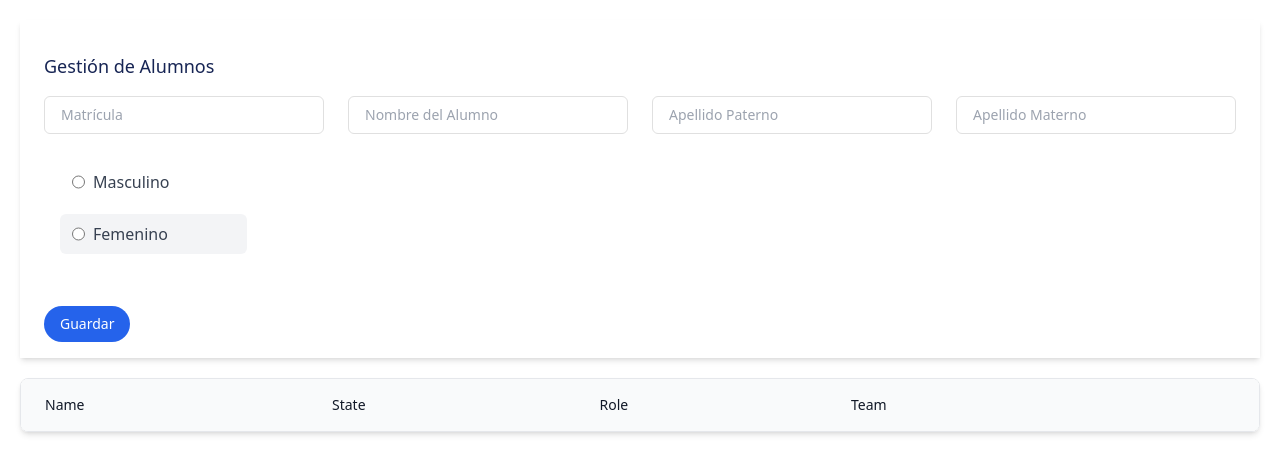
Repository: AlanColliDev/tech-front
Page: /
These files come from the project's save history. The page is drawn as it stood at one moment and after the next save; the edit follows.
The browser window is 1280 px wide. The pictures show the whole page.
The page's requests for data from a server got no answer. The project was rebuilt for these pictures with package versions that can differ from the ones it lists, and the page was loaded fresh each time. No one was signed in, and anything a server would have sent is missing. Also part of the build but not shown: vite.config.js.

Above is the page before, as saved 2023-04-19 13:27:19.

### src/main.jsx
import React from 'react'
import ReactDOM from 'react-dom/client'
import App from './App'
import './assets/Index.css'
import { AlumnoContextProvider } from './context/AlumnoContextProvider'

ReactDOM.createRoot(document.getElementById('root')).render(
	// <React.StrictMode>
		<AlumnoContextProvider>
			<App />
		</AlumnoContextProvider>
	// </React.StrictMode>,
)

### src/App.jsx
import { FormAlumno } from "./FormAlumno"
import { GridAlumno } from "./GridAlumno"

export default function App () {
	return (<>

		<FormAlumno />

		<GridAlumno />
	</>)
}

### src/context/AlumnoContextProvider.jsx
import { useEffect, useReducer } from 'react';
import { AlumnoContext } from './AlumnoContext.js'
import { AlumnoReducer } from '../reducer/AlumnoReducer.js';

const initialState = [];
export const AlumnoContextProvider = ({ children }) => {

	const [alumnos, dispatch] = useReducer(AlumnoReducer, initialState);

    return (
        <>
            <AlumnoContext.Provider value={{alumnos, dispatch}}>
                { children }
            </AlumnoContext.Provider>
        </>
    )
}

### src/FormAlumno.jsx
import { useForm } from './hooks';
import { useAlumno } from './hooks/useAlumno';

export const FormAlumno = () => {

	const { HandleInputChange, formstate } = useForm({
		nombre: '',
		matricula: '',
		apellidoPaterno: '',
		apellidoMaterno: '',
		genero: ''

	});

	const {nombre,
		matricula,
		apellidoPaterno,
		apellidoMaterno,
		genero,}= formstate;

	return (
		<>
			<div className="shadow-md m-5 py-4 px-6">
				<div className="py-4">
					<h1 className="font-medium text-blue-950 text-lg">Gestión de Alumnos</h1>
				</div>
				<form className="w-full">
					<div className="flex flex-wrap -mx-3 mb-6">
						<div className="w-full md:w-1/4 px-3 mb-6 md:mb-0">
							<input type="text" className="w-full rounded-md border border-[#e0e0e0] bg-white py-2 px-4 text-sm font-medium text-[#6B7280] outline-none focus:border-[#6A64F1] focus:shadow-md" name="matricula" value={matricula} placeholder="Matrícula" onChange={(event) => HandleInputChange({event})} />
						</div>
						<div className="w-full md:w-1/4 px-3 mb-6 md:mb-0">
							<input type="text" className="w-full rounded-md border border-[#e0e0e0] bg-white py-2 px-4 text-sm font-medium text-[#6B7280] outline-none focus:border-[#6A64F1] focus:shadow-md" name="nombre" value={nombre} placeholder="Nombre del Alumno" onChange={(event) => HandleInputChange({event})} />
						</div>
						<div className="w-full md:w-1/4 px-3 mb-6 md:mb-0">
							<input type="text" className="w-full rounded-md border border-[#e0e0e0] bg-white py-2 px-4 text-sm font-medium text-[#6B7280] outline-none focus:border-[#6A64F1] focus:shadow-md" name="apellidoPaterno" value={apellidoPaterno} placeholder="Apellido Paterno" onChange={(event) => HandleInputChange({event})} />
						</div>
						<div className="w-full md:w-1/4 px-3 mb-6 md:mb-0">
							<input type="text" className="w-full rounded-md border border-[#e0e0e0] bg-white py-2 px-4 text-sm font-medium text-[#6B7280] outline-none focus:border-[#6A64F1] focus:shadow-md" name="apellidoMaterno" value={apellidoMaterno} placeholder="Apellido Materno" onChange={(event) => HandleInputChange({event})} />
						</div>
						<div className="w-full md:w-1/5 px-3 mb-6 md:mb-0">
							<div className="p-4 w-full mx-auto max-w-2xl">
								<div>
									<label className="flex text-gray-700 rounded-md px-3 py-2 my-3 hover:bg-indigo-300 cursor-pointer ">
										<input type="radio" name="genero" checked={genero === 'm'} onChange={(event) => HandleInputChange({event, customValue:'m' })} />
										<span className="px-2">Masculino</span>
									</label>

									<label className="flex bg-gray-100 text-gray-700 rounded-md px-3 py-2 my-3  hover:bg-indigo-300 cursor-pointer ">
										<input type="radio" name="genero" checked={genero === 'f'} onChange={(event) => HandleInputChange({event, customValue:'f' })} />
										<span className="px-2">Femenino</span>

									</label>
								</div>
							</div>
						</div>

					</div>
					<button className="bg-blue-600 text-sm text-white font-medium text-opacity-100 px-4 py-2 rounded-3xl">Guardar</button>
				</form>
			</div>
		</>
	)
}

### src/GridAlumno.jsx
import { useAlumno } from './hooks/useAlumno';

export const GridAlumno = () => {

	const { alumnos } = useAlumno();
	console.log(alumnos)

	return (
		<>
			<div className="overflow-hidden rounded-lg border border-gray-200 shadow-md m-5">
				<table className="w-full border-collapse bg-white text-left text-sm text-gray-500">
					<thead className="bg-gray-50">
						<tr>
							<th scope="col" className="px-6 py-4 font-medium text-gray-900">Name</th>
							<th scope="col" className="px-6 py-4 font-medium text-gray-900">State</th>
							<th scope="col" className="px-6 py-4 font-medium text-gray-900">Role</th>
							<th scope="col" className="px-6 py-4 font-medium text-gray-900">Team</th>
							<th scope="col" className="px-6 py-4 font-medium text-gray-900"></th>
						</tr>
					</thead>
					<tbody className="divide-y divide-gray-100 border-t border-gray-100">
						{alumnos?.data?.map(({ matricula, nombre, apellido_paterno, apellido_materno, genero }) => (
							<tr className="hover:bg-gray-50">
								<th className="flex gap-3 px-6 py-4 font-normal text-gray-900">
									<div className="relative h-10 w-10">
										<img
											className="h-full w-full rounded-full object-cover object-center"
											src="https://images.unsplash.com/photo-1535713875002-d1d0cf377fde?ixlib=rb-1.2.1&ixid=eyJhcHBfaWQiOjEyMDd9&auto=format&fit=facearea&facepad=2&w=256&h=256&q=80"
											alt=""
										/>
										<span className="absolute right-0 bottom-0 h-2 w-2 rounded-full bg-green-400 ring ring-white"></span>
									</div>
									<div className="text-sm">
										<div className="font-medium text-gray-700">{nombre}</div>
										<div className="text-gray-400">{`${apellido_paterno} ${apellido_materno}`}</div>
									</div>
								</th>
								<td className="px-6 py-4">
									<span
										className="inline-flex items-center gap-1 rounded-full bg-green-50 px-2 py-1 text-xs font-semibold text-green-600"
									>
										<span className="h-1.5 w-1.5 rounded-full bg-green-600"></span>
										Active
									</span>
								</td>
								<td className="px-6 py-4">Product Designer</td>
								<td className="px-6 py-4">
									<div className="flex gap-2">
										<span
											className="inline-flex items-center gap-1 rounded-full bg-blue-50 px-2 py-1 text-xs font-semibold text-blue-600"
										>
											Design
										</span>
										<span
											className="inline-flex items-center gap-1 rounded-full bg-indigo-50 px-2 py-1 text-xs font-semibold text-indigo-600"
										>
											Product
										</span>
										<span
											className="inline-flex items-center gap-1 rounded-full bg-violet-50 px-2 py-1 text-xs font-semibold text-violet-600"
										>
											Develop
										</span>
									</div>
								</td>
								<td className="px-6 py-4">
									<div className="flex justify-end gap-4">
										<a x-data="{ tooltip: 'Delete' }" href="#">
											<svg
												xmlns="http://www.w3.org/2000/svg"
												fill="none"
												viewBox="0 0 24 24"
												strokeWidth="1.5"
												stroke="currentColor"
												className="h-6 w-6"
												x-tooltip="tooltip"
											>
												<path
													strokeLinecap="round"
													strokeLinejoin="round"
													d="M14.74 9l-.346 9m-4.788 0L9.26 9m9.968-3.21c.342.052.682.107 1.022.166m-1.022-.165L18.16 19.673a2.25 2.25 0 01-2.244 2.077H8.084a2.25 2.25 0 01-2.244-2.077L4.772 5.79m14.456 0a48.108 48.108 0 00-3.478-.397m-12 .562c.34-.059.68-.114 1.022-.165m0 0a48.11 48.11 0 013.478-.397m7.5 0v-.916c0-1.18-.91-2.164-2.09-2.201a51.964 51.964 0 00-3.32 0c-1.18.037-2.09 1.022-2.09 2.201v.916m7.5 0a48.667 48.667 0 00-7.5 0"
												/>
											</svg>
										</a>
										<a x-data="{ tooltip: 'Edite' }" href="#">
											<svg
												xmlns="http://www.w3.org/2000/svg"
												fill="none"
												viewBox="0 0 24 24"
												strokeWidth="1.5"
												stroke="currentColor"
												className="h-6 w-6"
												x-tooltip="tooltip"
											>
												<path
													strokeLinecap="round"
													strokeLinejoin="round"
													d="M16.862 4.487l1.687-1.688a1.875 1.875 0 112.652 2.652L6.832 19.82a4.5 4.5 0 01-1.897 1.13l-2.685.8.8-2.685a4.5 4.5 0 011.13-1.897L16.863 4.487zm0 0L19.5 7.125"
												/>
											</svg>
										</a>
									</div>
								</td>
							</tr>
						))
						}
					</tbody>
				</table>
			</div>

		</>
	)
}

### src/context/AlumnoContext.js
import { createContext } from 'react';

export const AlumnoContext = createContext();

### src/reducer/AlumnoReducer.js

export const AlumnoReducer = (state = [], action) => {

	const { payload, type } = action
	if (type === '@get-all')
		return payload.data


	if (type === '@get-all-success')
		return {
			...state,
			isLoading: false,
			error: null,
			data: payload
		}

	if (type === '@add-new')
		return [
			...state,
			payload
		]

	if (type === '@edit-store')
	{
		const olds = state.filter(alumno => String(alumno.matricula).trim() !== String(payload.matricula).trim())
		// console.log('todos menos edit', olds)
		return [
			...olds,
			payload
		]
	}


	if (type === '@delete-store')
		return payload.data

};

export const initAlumnos = alumnos => {
	return {
		type: '@get-all',
		payload: alumnos
	}
}

### src/hooks/index.js
export * from './useForm.js'

### src/hooks/useAlumno.js
import { useContext, useEffect } from 'react';
import { initAlumnos } from '../reducer/AlumnoReducer.js';
import { AlumnoContext } from '../context/AlumnoContext.js';
import { getAllAlumno } from '../services/alumno.js';

const initialState = null;
export const useAlumno = () => {

	const {alumnos, dispatch} = useContext(AlumnoContext);

	useEffect(() => {
		getAllAlumno().then(alumnos => {
			dispatch(initAlumnos(alumnos))
		});
	}, []);

	return {
		alumnos
	}
}

### src/hooks/useForm.js
import { useEffect, useState } from "react"

export const useForm = (initialForm) => {

	const [formstate, setFormState] = useState(initialForm);

	const HandleInputChange = ({event, customValue}) => {
		if(!(event.target.value.length > 0)) return;
		const {name, value} = event.target;
		setFormState({
			...formstate,
			[name]: customValue || value
		});
	};

	return {
		formstate,
		HandleInputChange,
		setFormState
	}
}

### src/services/alumno.js

const BASE_URL = 'https://techtest-production-6c97.up.railway.app';
export const getAllAlumno = async () => {
	const response = await fetch(`${BASE_URL}/alumno`, {
		method: 'GET',
		headers: {
			Accept: 'application.json',
			'Content-Type': 'application/json'
		}
	});
	return await response.json();
}

Loaded but not shown: index.html (common file); src/assets/index.css (common file); tailwind.config.js (common file)

After the next save:
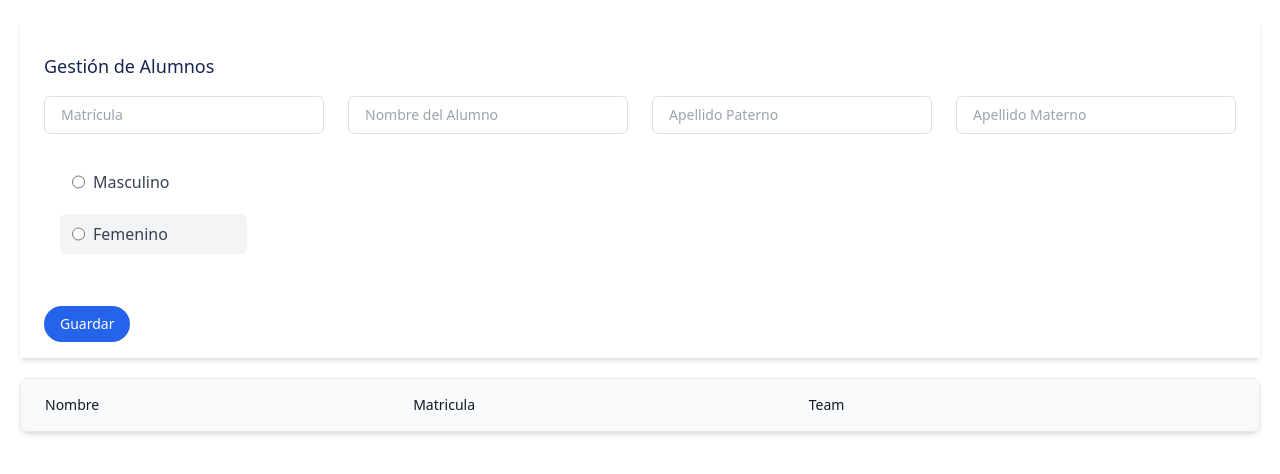
Saved 42 s later.
--- a/src/GridAlumno.jsx
+++ b/src/GridAlumno.jsx
@@ -11,9 +11,8 @@ export const GridAlumno = () => {
 				<table className="w-full border-collapse bg-white text-left text-sm text-gray-500">
 					<thead className="bg-gray-50">
 						<tr>
-							<th scope="col" className="px-6 py-4 font-medium text-gray-900">Name</th>
-							<th scope="col" className="px-6 py-4 font-medium text-gray-900">State</th>
-							<th scope="col" className="px-6 py-4 font-medium text-gray-900">Role</th>
+							<th scope="col" className="px-6 py-4 font-medium text-gray-900">Nombre</th>
+							<th scope="col" className="px-6 py-4 font-medium text-gray-900">Matricula</th>
 							<th scope="col" className="px-6 py-4 font-medium text-gray-900">Team</th>
 							<th scope="col" className="px-6 py-4 font-medium text-gray-900"></th>
 						</tr>
@@ -35,14 +34,14 @@ export const GridAlumno = () => {
 										<div className="text-gray-400">{`${apellido_paterno} ${apellido_materno}`}</div>
 									</div>
 								</th>
-								<td className="px-6 py-4">
+								{/* <td className="px-6 py-4">
 									<span
 										className="inline-flex items-center gap-1 rounded-full bg-green-50 px-2 py-1 text-xs font-semibold text-green-600"
 									>
 										<span className="h-1.5 w-1.5 rounded-full bg-green-600"></span>
 										Active
 									</span>
-								</td>
+								</td> */}
 								<td className="px-6 py-4">Product Designer</td>
 								<td className="px-6 py-4">
 									<div className="flex gap-2">
